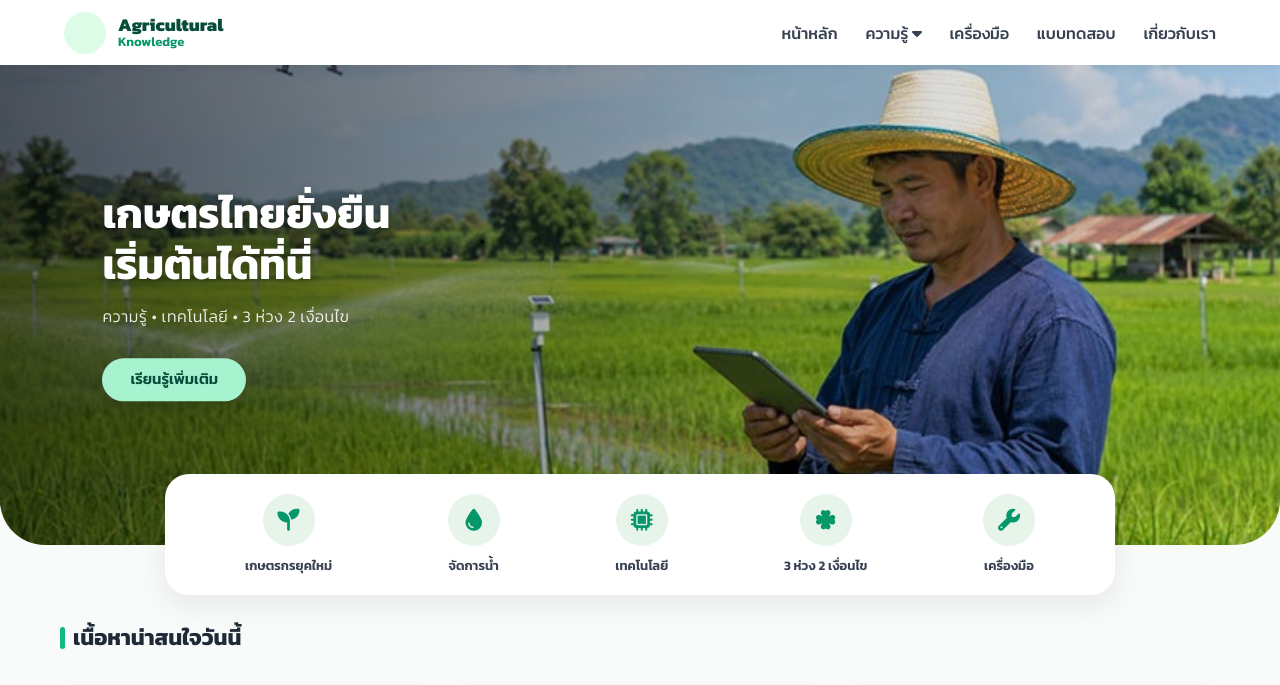
Repository: nuwat-wa/Project-WebdesignAG
Page: ag1.html
These files come from the project's save history. The page is drawn as it stood at one moment and after the next save; the edit follows.
The browser window is 1280 px wide. The pictures show the part of the page from y = 0 to 685 px (the page is 1534 px tall).
Pictures or frames that could not be fetched are drawn as grey boxes.

Above is the page before, as saved 2026-09-25 19:20:29.

After the next save:
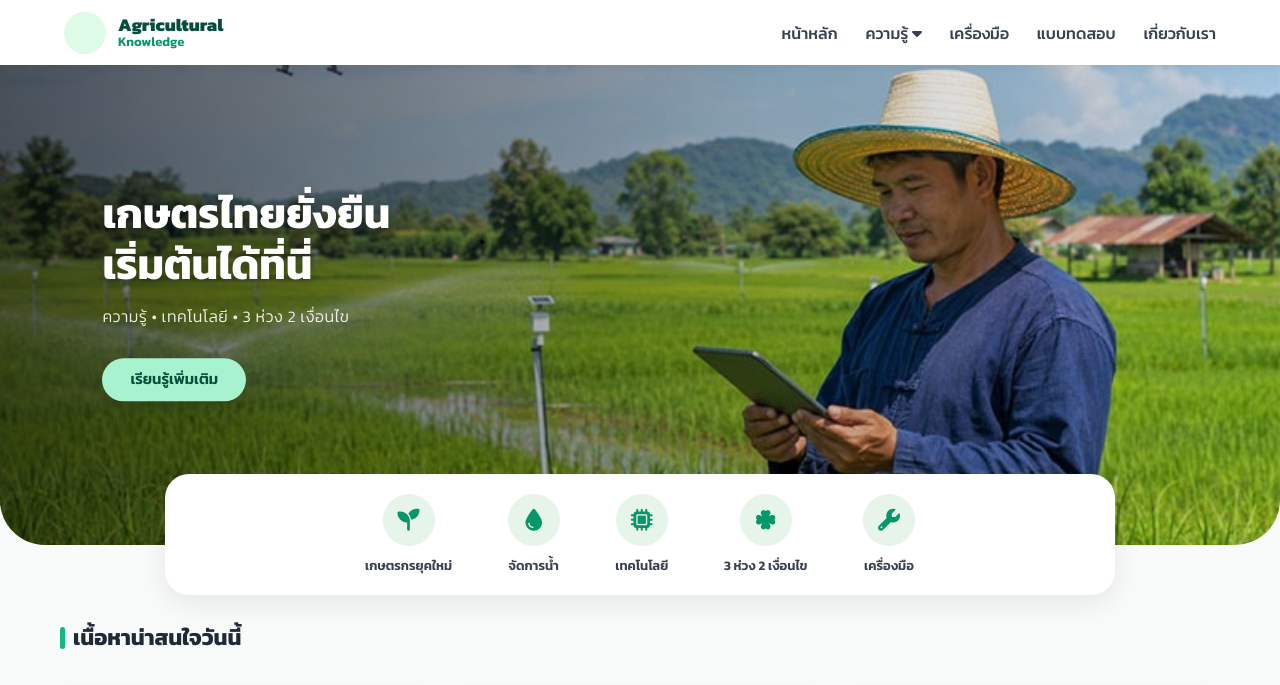
Saved 8 s later.
--- a/ag1.css
+++ b/ag1.css
@@ -201,7 +201,7 @@ html::-webkit-scrollbar {
   max-width: 950px;
   background: white;
   border-radius: 24px;
-  padding: 20px 80px;
+  padding: 20px 200px;
   display: flex;
   justify-content: space-between;
   align-items: center;
